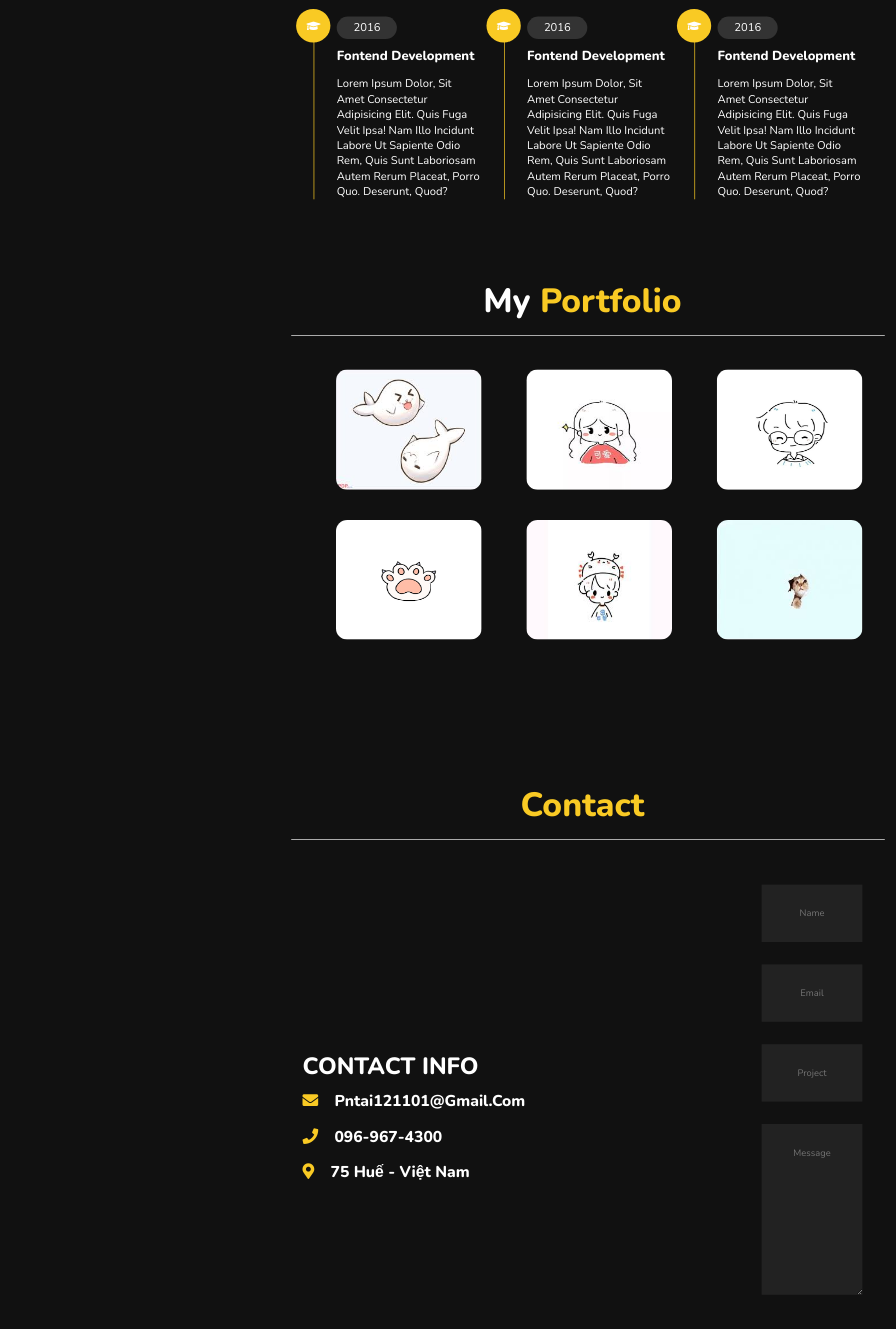
Repository: PCTai/My-profile
Page: index.html
The author's editor kept a copy of each file at every save. The page is drawn from the files as they stood at one save, then again after the next save.
The browser window is 1280 px wide. The pictures show the part of the page from y = 1894 to 3814 px (the page is 3792 px tall before and 3814 px after), at 70% of full size.

Above is the page before, as saved 2022-01-13 09:30:45.

After the next save:
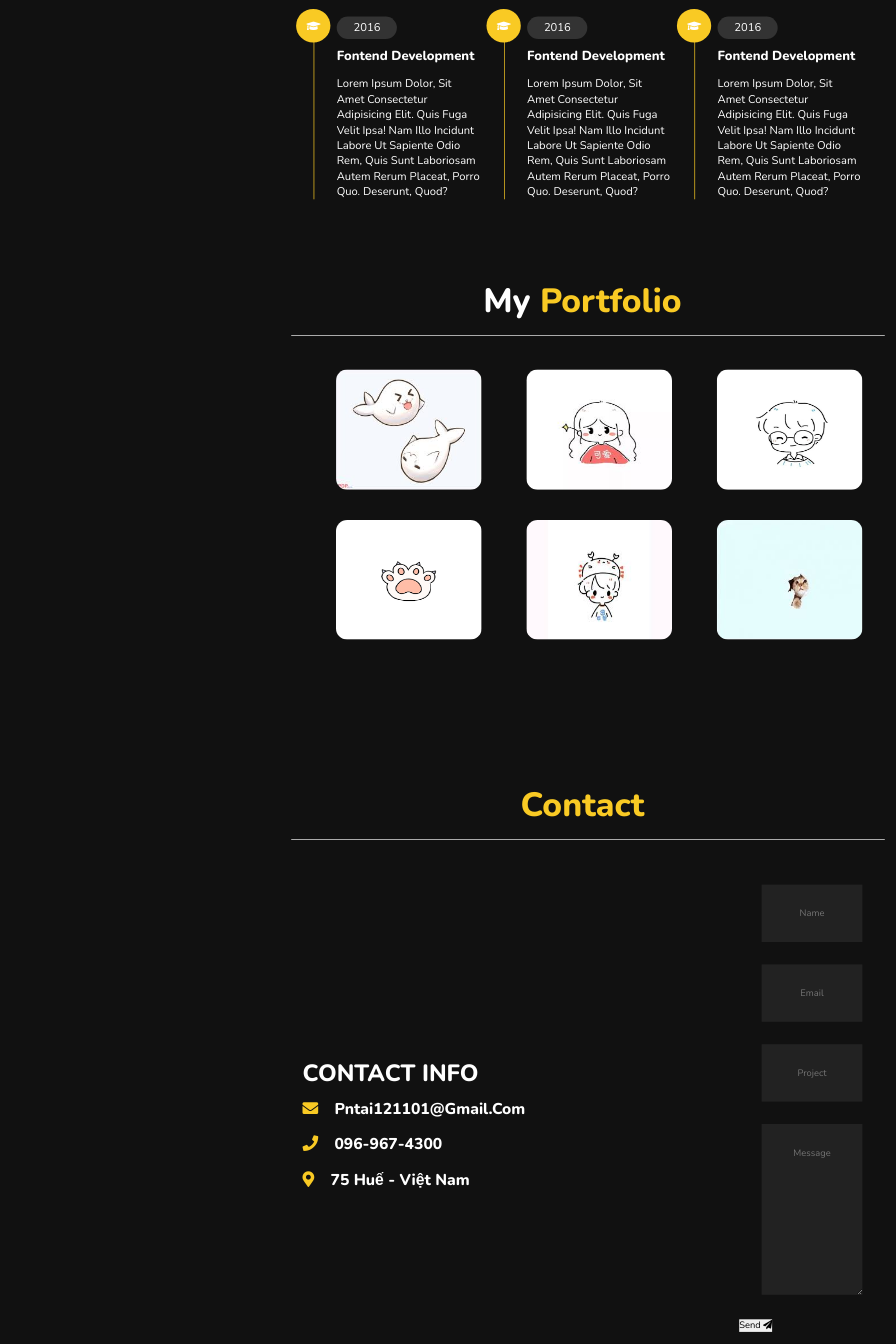
Saved 2 min 17 s later.
--- a/index.html
+++ b/index.html
@@ -176,6 +176,7 @@
                 <input type="email" placeholder="Email" class="box">
                 <input type="text" placeholder="Project" class="box">
                 <textarea name="" id="" cols="30" rows="10" placeholder="Message" class="box"></textarea>
+                <button type="submit">Send <i class="fas fa-paper-plane"></i></button>
             </form>
         </div>
 
